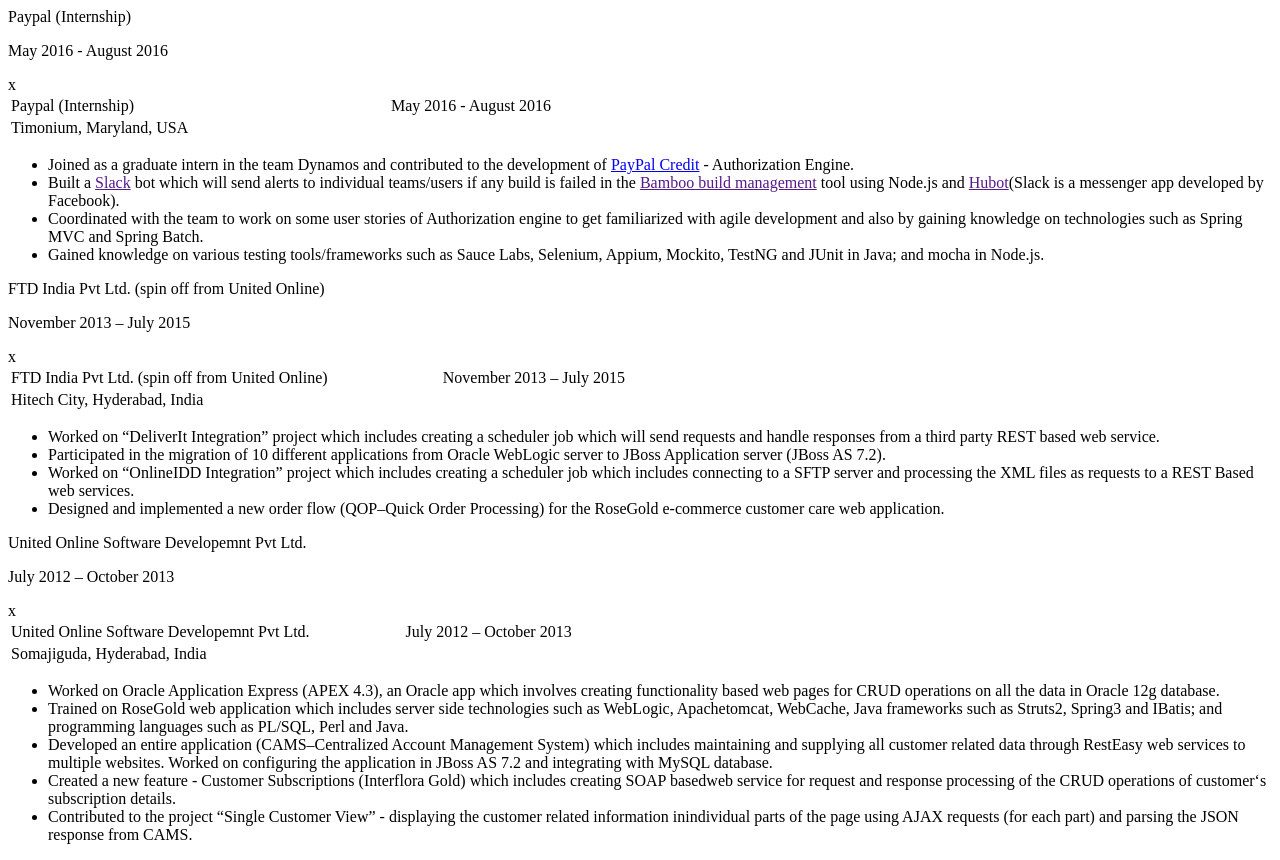
Repository: phanindrakannaji/Resume
Page: http://localhost/application/pages/experience.php
These files come from the project's save history. The page is drawn as it stood at one moment and after the next save; the edit follows.
The browser window is 1280 px wide. The pictures show the whole page.
The page is run by PHP 8.4 with error messages shown; the project is at /var/www/html/.

Above is the page before, as saved 2016-09-25 20:16:25.
Console error: ReferenceError: $ is not defined

### Resume/application/pages/experience.php
<script type="text/javascript"
	src="../resources/scripts/refreshScript.js"></script>
<div class="divExperience customfont2">
	<div class="divExperienceHeading">
		<p class="expHeading">Paypal (Internship)</p>
		<p class="expHeadingContent">May 2016 - August
			2016</p>
	</div>
	<div class="divExperienceWork modal customfont3">
		<div class="popup modal-content">
			<span class="close">x</span>
			<table>
				<tr>
					<td class=" smalltext underline" width="70%">Paypal (Internship)</td>
					<td class=" smalltext">May 2016 - August 2016</td>
				</tr>
				<tr>
					<td class=" smalltext">Timonium, Maryland, USA</td>
				</tr>
			</table>
			<ul>
				<li>Joined as a graduate intern in the team Dynamos and contributed
					to the development of <a
					href="https://en.wikipedia.org/wiki/PayPal_Credit" target="blank">PayPal
						Credit</a> - Authorization Engine.
				</li>
				<li>Built a <a href="" target="blank">Slack</a> bot which will send
					alerts to individual teams/users if any build is failed in the <a
					href="" target="blank">Bamboo build management</a> tool using
					Node.js and <a href="" target="blank">Hubot</a>(Slack is a
					messenger app developed by Facebook).
				</li>
				<li>Coordinated with the team to work on some user stories of
					Authorization engine to get familiarized with agile development and
					also by gaining knowledge on technologies such as Spring MVC and
					Spring Batch.</li>
				<li>Gained knowledge on various testing tools/frameworks such as
					Sauce Labs, Selenium, Appium, Mockito, TestNG and JUnit in Java;
					and mocha in Node.js.</li>
			</ul>
		</div>
	</div>
</div>

<div class="divExperience customfont2">
	<div class="divExperienceHeading">
		<p class="expHeading">FTD India Pvt Ltd. (spin off from United Online)</p>
		<p class="expHeadingContent">November 2013 –
			July 2015</p>
	</div>
	<div class="divExperienceWork modal customfont3">
		<div class="popup modal-content">
			<span class="close">x</span>
			<table>
				<tr>
					<td class=" smalltext underline" width="70%">FTD India Pvt Ltd. (spin off from United Online)</td>
					<td class=" smalltext" >November 2013 – July 2015</td>
				</tr>
				<tr>
					<td class=" smalltext">Hitech City, Hyderabad, India</td>
				</tr>
			</table>


			<ul>
				<li>Worked on “DeliverIt Integration” project which includes
					creating a scheduler job which will send requests and handle
					responses from a third party REST based web service.</li>
				<li>Participated in the migration of 10 different applications from
					Oracle WebLogic server to JBoss Application server (JBoss AS 7.2).</li>
				<li>Worked on “OnlineIDD Integration” project which includes
					creating a scheduler job which includes connecting to a SFTP server
					and processing the XML files as requests to a REST Based web
					services.</li>
				<li>Designed and implemented a new order flow (QOP–Quick Order
					Processing) for the RoseGold e-commerce customer care web
					application.</li>
			</ul>
		</div>
	</div>
</div>

<div class="divExperience customfont2">
	<div class="divExperienceHeading">
		<p class="expHeading">United Online Software Developemnt Pvt Ltd.</p>
		<p class="expHeadingContent">July 2012 – October
			2013</p>
	</div>
	<div class="divExperienceWork modal customfont3">
		<div class="modal-content" style="background-image: url("../resources/images/paper.jpg");">
			<span class="close">x</span>
			<table>
				<tr>
					<td class=" smalltext underline" width="70%">United Online Software Developemnt Pvt Ltd.</td>
					<td class=" smalltext" >July 2012 – October 2013</td>
				</tr>
				<tr>
					<td class="smalltext">Somajiguda, Hyderabad, India</td>
				</tr>
			</table>
			<ul>
				<li>Worked on Oracle Application Express (APEX 4.3), an Oracle app
					which involves creating functionality based web pages for CRUD
					operations on all the data in Oracle 12g database.</li>
				<li>Trained on RoseGold web application which includes server side
					technologies such as WebLogic, Apachetomcat, WebCache, Java
					frameworks such as Struts2, Spring3 and IBatis; and programming
					languages such as PL/SQL, Perl and Java.</li>
				<li>Developed an entire application (CAMS–Centralized Account
					Management System) which includes maintaining and supplying all
					customer related data through RestEasy web services to multiple
					websites. Worked on configuring the application in JBoss AS 7.2 and
					integrating with MySQL database.</li>
				<li>Created a new feature - Customer Subscriptions (Interflora Gold)
					which includes creating SOAP basedweb service for request and
					response processing of the CRUD operations of customer‘s
					subscription details.</li>
				<li>Contributed to the project “Single Customer View” - displaying
					the customer related information inindividual parts of the page
					using AJAX requests (for each part) and parsing the JSON response
					from CAMS.</li>
			</ul>
		</div>
	</div>
</div>
<script type="text/javascript" src="../resources/scripts/experience.js"></script>

### Resume/resources/scripts/refreshScript.js
$(document).ready(function(){
	$("#commandInput").keypress(function(e){
		keypressInBox(e);
	});
	$("#commandInput").focus();
})

### Resume/resources/scripts/experience.js
$(document).ready(function(){
	$('.divExperienceHeading').click(function(){
		$(this).parent().children().last().css("display", "block");
	});
	var span = $(".close")[0];
	$(".close").click(function() {
	    $(this).parent().parent().css("display", "none");
	});
});

After the next save:
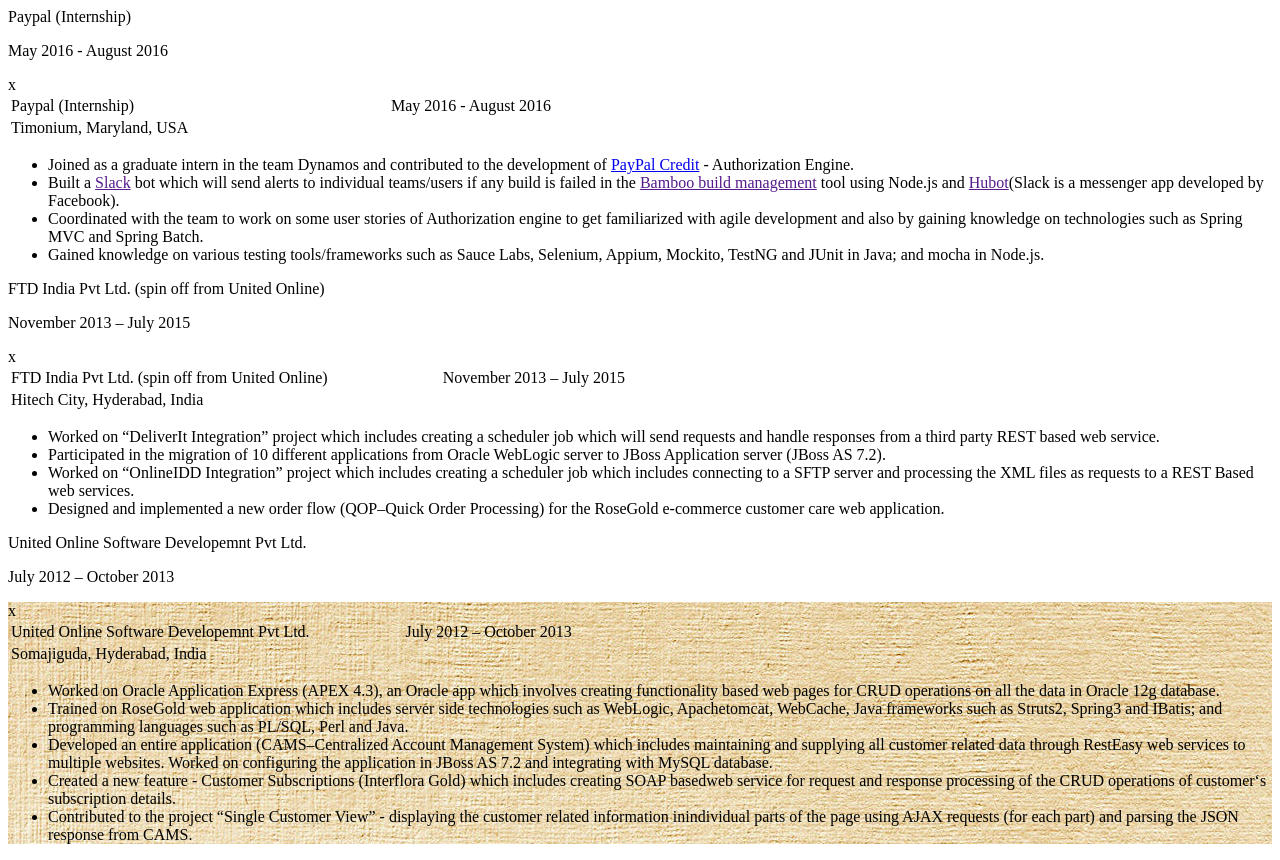
Saved 14 s later.
--- a/Resume/application/pages/experience.php
+++ b/Resume/application/pages/experience.php
@@ -87,7 +87,7 @@
 			2013</p>
 	</div>
 	<div class="divExperienceWork modal customfont3">
-		<div class="modal-content" style="background-image: url("../resources/images/paper.jpg");">
+		<div class="modal-content" style="background-image: url('../resources/images/paper.jpg');">
 			<span class="close">x</span>
 			<table>
 				<tr>
